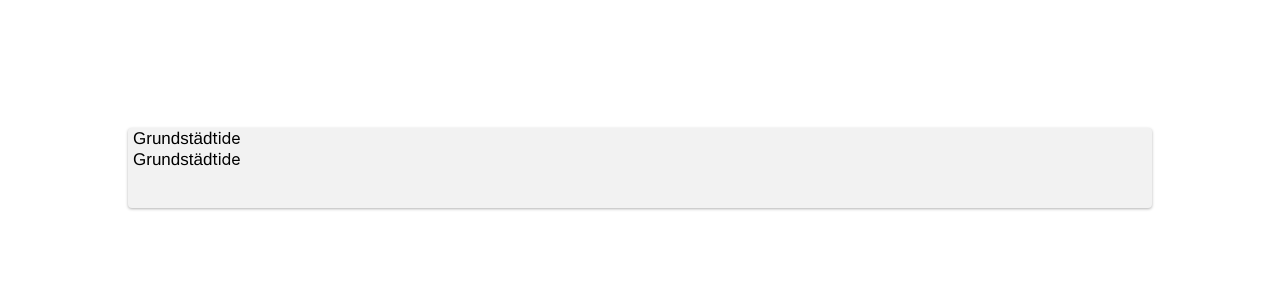
Repository: AdrianaLarsson/learning-react-adriana
Page: /
The author's editor kept a copy of each file at every save. The page is drawn from the files as they stood at one save, then again after the next save.
The browser window is 1280 px wide. The pictures show the whole page.
The project was rebuilt for these pictures with package versions that can differ from the ones it lists, and the page was loaded fresh each time. Also part of the build but not shown: src/App.css, src/components/pixiLearn/pixi-learning.js, src/components/pixiLearn/reactTimline/timelinegant.js, src/components/pixiLearn/waypoint-mobile/navbaren.js, src/components/pixiLearn/waypoint-mobile/box-name-day-time.js, src/components/pixiLearn/waypoint-mobile/teamname.js, src/components/pixiLearn/waypoint-mobile/perosnal.js, src/components/pixiLearn/waypoint-mobile/trainsinfo.js and 3 more. Imported but missing from the stored project, and not drawn on this page: src/components/pixiLearn/styledComponentsWay/homestyles.

Above is the page before, as saved 2021-02-26 13:55:34.

### src/App.js
import './App.css';
import PixiLearning from './components/pixiLearn/pixi-learning'
import TimeLineGant from './components/pixiLearn/reactTimline/timelinegant'
import SjWaypoint from './components/pixiLearn/waypoint-mobile/sjwaypiont'
import Global from './components/pixiLearn/styledComponentsWay/global'
import Home from './components/pixiLearn/styledComponentsWay/home'
import Vehicleoprerator from './components/pixiLearn/atomic-design/vehicleoprerator'
import ListGroupActivity from './components/pixiLearn/atomic-design/ListGroup/listGroupactivity';

const lorem =
  "Lorem, ipsum dolor sit amet consectetur adipisicing elit. Laboriosam, sed iure blanditiis voluptatum nulla quidem minus quam tempora obcaecati necessitatibus inventore! Vitae totam quam pariatur facilis fugit maxime adipisci eaque.";
const colorPrim = "#F5F5EE"
const data = [
  {
    id: Math.random(),
    title: "Grundstäd",
    cleanTitle: "Städtid",
    cleanTimeStart: "13:00",
    cleantimeEnd: "17:00",
    text: lorem,
    bgColor: colorPrim
  },
  {
    id: Math.random(),
    title: "Vändstäd",
    cleanTimeStart: "13:00",
    cleantimeEnd: "17:00",
    text: lorem,
    bgColor: colorPrim
  },
  {
    id: Math.random(),
    title: "Grundstäd",
    cleanTimeStart: "13:00",
    cleantimeEnd: "17:00",
    text: lorem,
    bgColor: colorPrim
  },
  {
    id: Math.random(),
    title: "Vändstäd",
    cleanTimeStart: "13:00",
    cleantimeEnd: "17:00",
    text: lorem,
    bgColor: colorPrim
  }
];
function App() {
  return (
    <div className="App">
      <header className="App-header">
       {/*  <TimeLineGant/> */}

           {/*   <PixiLearning/>
           <SjWaypoint/>
    <>
      <Global />
      <Home boxData={data} />
    </>*/}
    <ListGroupActivity/>
      </header>
    </div>
  );
}

export default App;

### src/components/pixiLearn/styledComponentsWay/global.js
import React from 'react'
import { createGlobalStyle } from "styled-components"
import px2vw from "./px2vw";

export const Global = createGlobalStyle`
  * {
    margin: 0;
    padding: 0;
    box-sizing: border-box;
  }
  :root {
      font-size: ${px2vw(24)};

      @media (min-width: 768px) {
        font-size: ${px2vw(18)};
      }

      @media (min-width: 1024px) {
        font-size: ${px2vw(16)};
      }
    }
`;
export default Global;

### src/components/pixiLearn/atomic-design/ListGroup/listGroupactivity.js
import React from 'react'
import ListGroup from 'react-bootstrap/ListGroup';
import StyledCard from '../Card/Card';
import HeaderBadge from '../headBadge/headerBadge';


function listGroupActivity() {
    return (
        <div>
<ListGroup>
  <ListGroup.Item><StyledCard>
    <HeaderBadge></HeaderBadge>
    <HeaderBadge></HeaderBadge>
  </StyledCard>
  </ListGroup.Item>
{/*   <ListGroup.Item><StyledCard>2</StyledCard></ListGroup.Item>
  <ListGroup.Item><StyledCard>3</StyledCard></ListGroup.Item>
  <ListGroup.Item><StyledCard>4</StyledCard></ListGroup.Item> */}
</ListGroup>
        </div>
    )
}

export default listGroupActivity;

### src/components/pixiLearn/styledComponentsWay/px2vw.js
const px2vw = (size, width = 1440) => `${(size/width) * 100}vw`

export default px2vw;

### src/components/pixiLearn/atomic-design/Card/Card.js
import Card from 'react-bootstrap/Card';
//Packages
import styled from 'styled-components/';

const StyledCard = styled(Card)`
height: 5em;
margin:10%;
background-color: rgba(0,0,0,0.05);
box-shadow: 0 1px 3px 0 rgba(0, 0, 0, 0.3);
border-radius: 4px;
`;

export default StyledCard;

### src/components/pixiLearn/atomic-design/headBadge/headerBadge.js
import React from 'react'
import Badge from './Badge'
import { B4 } from '../Typography'
function headerBadge() {
    return (
        <div>
           <Badge><B4>Grundstäd</B4>
           tide
           </Badge>
        </div>
    )
}

export default headerBadge

### src/components/pixiLearn/atomic-design/headBadge/Badge.js
import Badge from 'react-bootstrap/Badge';
import styled from 'styled-components/'

const StyleBadge = styled(Badge)`
margin: 5px;
`;
export default StyleBadge;

### src/components/pixiLearn/atomic-design/Typography/index.js
import styled,{ css} from 'styled-components'

const baseStyle = css`
  font-family: sj_sans, Helvetica, Arial, sans-serif; //TODO: code review-Q is this ok?
  font-style: normal;
  font-stretch: normal;
  line-height: normal;
  letter-spacing: normal;
  font-weight: normal;
  text-align: left;
  margin: 0;
  padding: 0;

`;
 export const B4 = styled.span`
  ${baseStyle};
  font-size: 17px;
`;
/* color: ${props => (props.green ? colors.kellyGreen : 'inherit')};
opacity: ${props => (props.soft ? 0.6 : 1)}; */

Loaded but not shown: public/index.html (common file); src/index.js (common file); src/index.css (common file); src/reportWebVitals.js (common file)

After the next save:
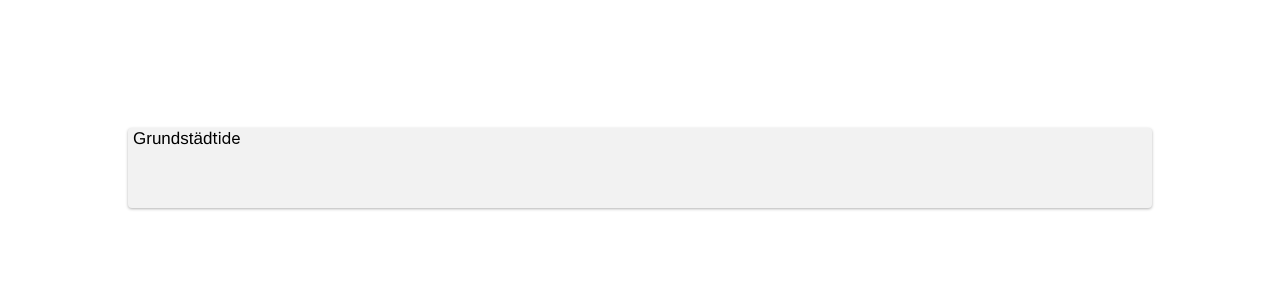
Saved 33 s later.
--- a/src/components/pixiLearn/atomic-design/ListGroup/listGroupactivity.js
+++ b/src/components/pixiLearn/atomic-design/ListGroup/listGroupactivity.js
@@ -10,7 +10,6 @@ function listGroupActivity() {
 <ListGroup>
   <ListGroup.Item><StyledCard>
     <HeaderBadge></HeaderBadge>
-    <HeaderBadge></HeaderBadge>
   </StyledCard>
   </ListGroup.Item>
 {/*   <ListGroup.Item><StyledCard>2</StyledCard></ListGroup.Item>
